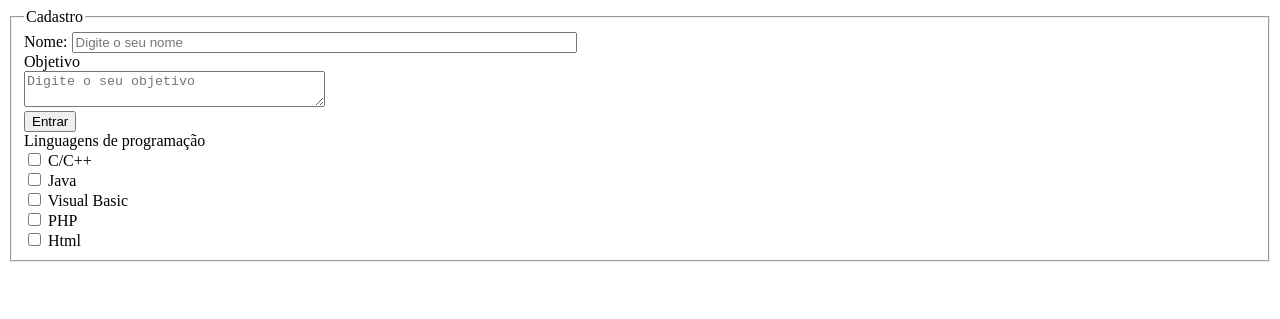
Repository: Lerif/WebServletLearning
Page: http://localhost/WebLearning/
An editor plug-in stored every save of this project. The page is shown before and after the next save, followed by the edit.
The browser window is 1280 px wide. The pictures show the whole page.
The page is served by Tomcat 9.

Above is the page before, as saved 2016-10-26 13:07:21.

After the next save:
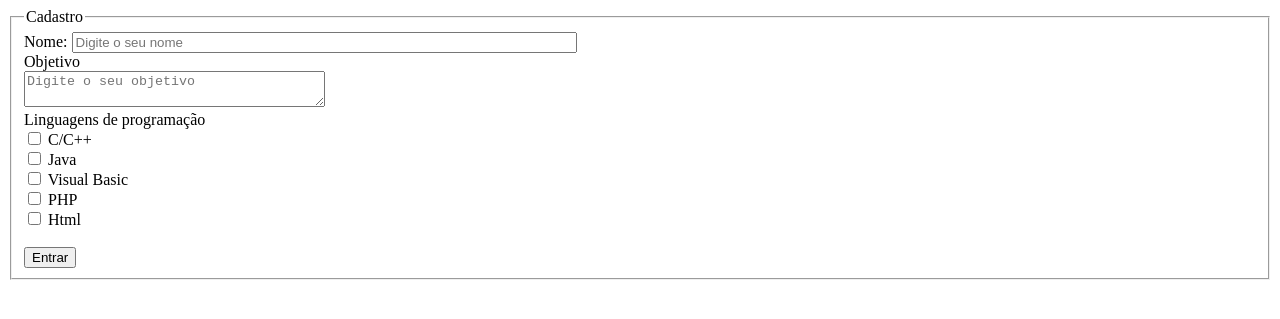
Saved 51 s later.
--- a/WebServelets/WebLearning/WebContent/TryJSP.jsp
+++ b/WebServelets/WebLearning/WebContent/TryJSP.jsp
@@ -16,9 +16,6 @@
 			Objetivo
 			<br>
 			<textarea name="objetivo" cols="35" rows="2" placeholder="Digite o seu objetivo" required></textarea>
-
-			<br>
-			<button onClick="entrar()" value="Submit form">Entrar</button>
 			<br>
 
 			Linguagens de programação
@@ -28,6 +25,10 @@
 			<input type="checkbox" id="formacao3" name="vb" value="2" /> Visual Basic<br>
 			<input type="checkbox" id="formacao5" name="php" value="4" /> PHP<br>
 			<input type="checkbox" id="formacao7" name="html" value="6" /> Html<br>
+
+			<br>
+			<button onClick="entrar()" value="Submit form">Entrar</button>
+			<br>
 		</fieldset>
 	</form>
 </body>
